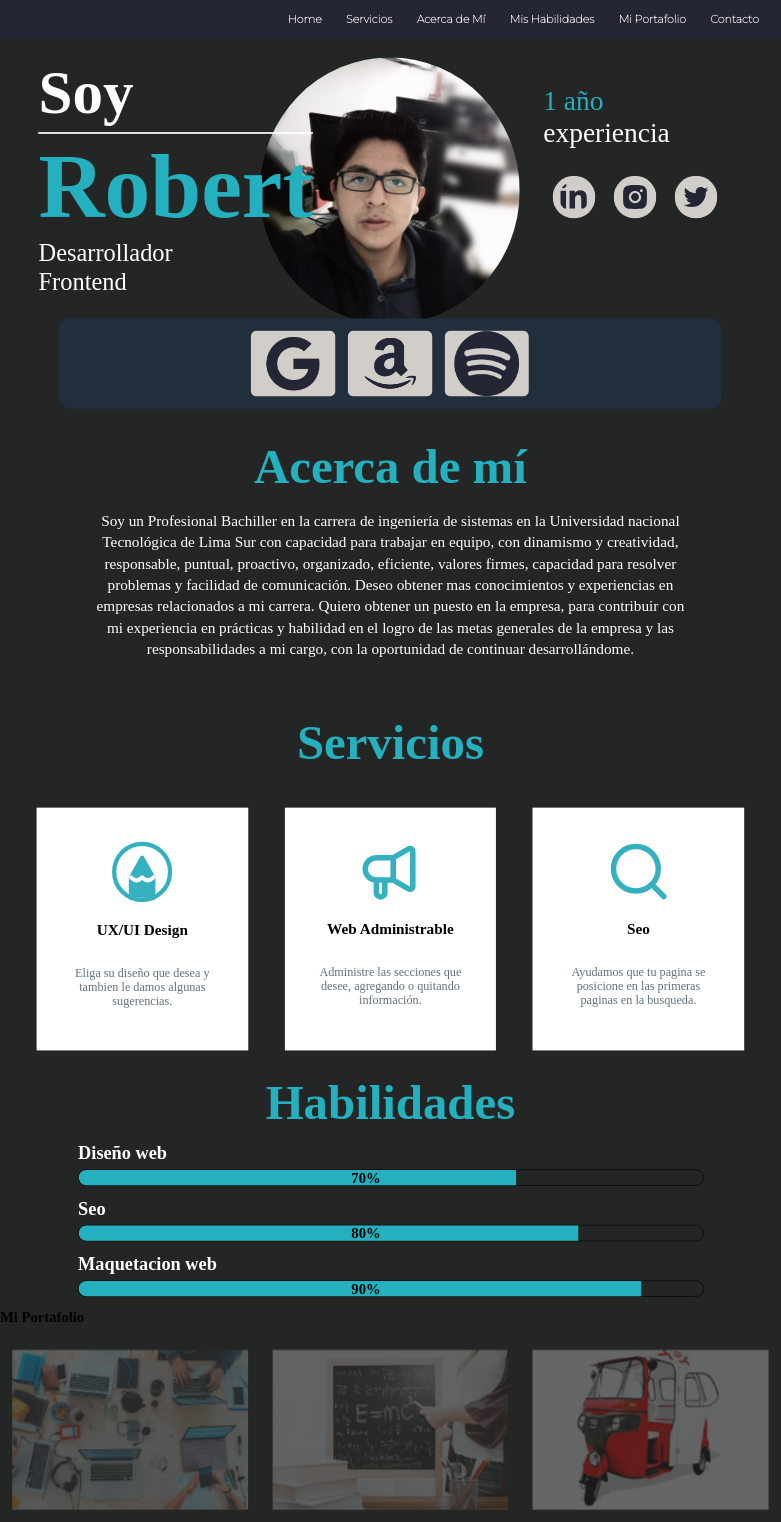
Repository: RobertAries28/PortafolioRobertEscalanteGomez2022
Page: index.html
These files come from the project's save history. The page is drawn as it stood at one moment and after the next save; the edit follows.
The browser window is 1280 px wide. The pictures show the whole page, at 61% of full size.

Above is the page before, as saved 2022-02-15 19:42:31.

After the next save:
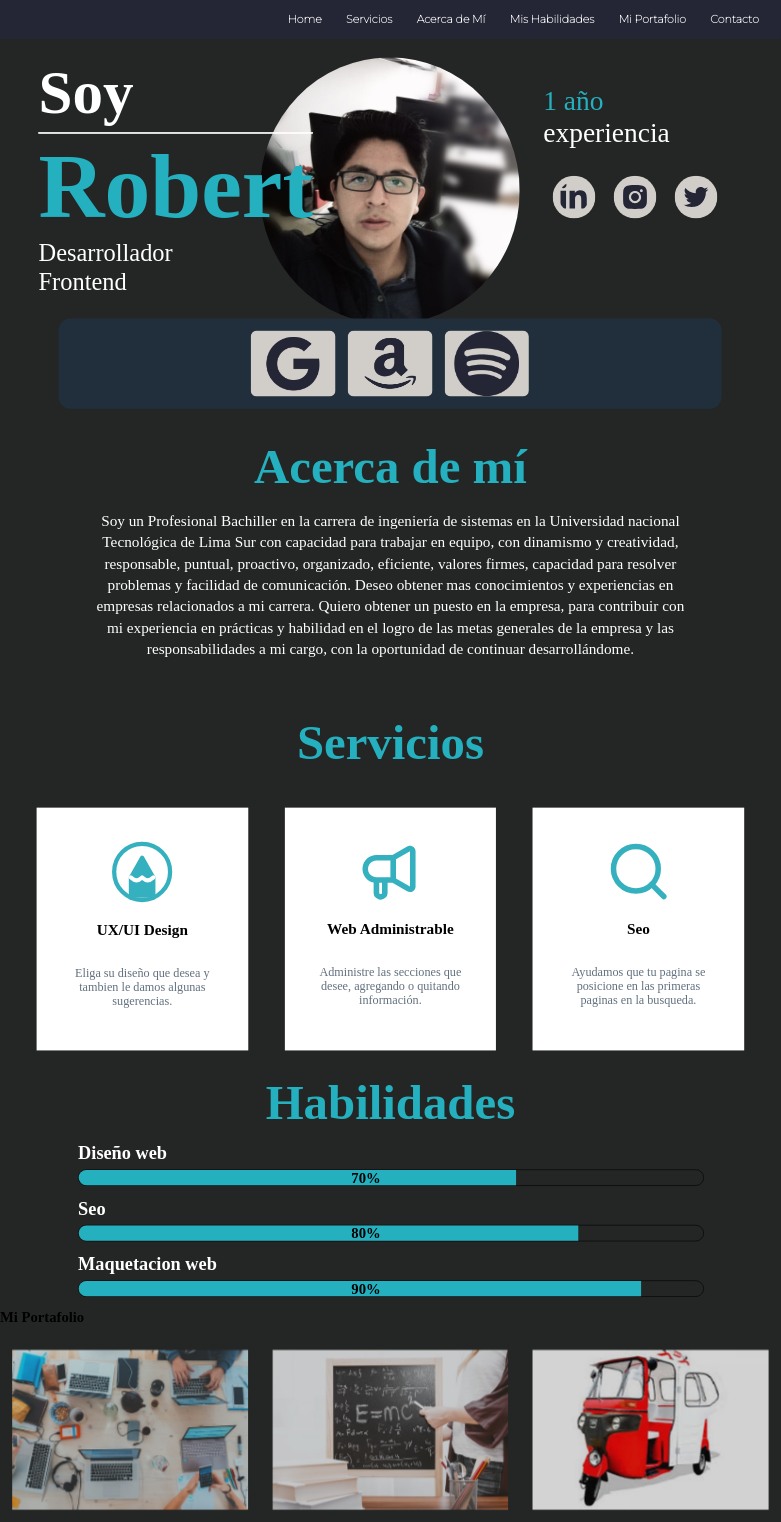
Saved 8 s later.
--- a/estilos.css
+++ b/estilos.css
@@ -361,7 +361,7 @@
  .portafolio img{
      width: 100%;
      height: 100%;
-     filter: opacity(0.3);
+     filter: opacity(0.8);
  }
 
 @media screen and ( max-width: 768px){
